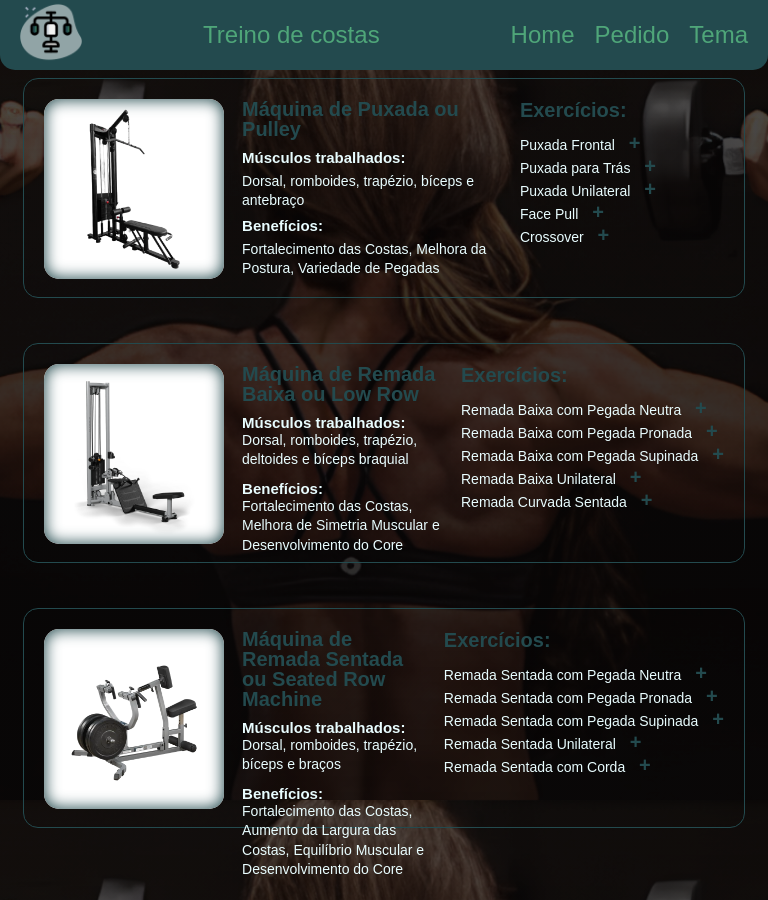
Repository: Marinalr-25/Projeto-Aparelhos-de-Academia
Page: costas.html
The author's editor kept a copy of each file at every save. The page is drawn from the files as they stood at one save, then again after the next save.
The browser window is 768 px wide. The pictures show the whole page.
Backgrounds fixed to the window are drawn as part of the page.

Above is the page before, as saved 2025-01-06 17:02:30.
Console error: TypeError: Cannot read properties of null (reading 'addEventListener')

After the next save:
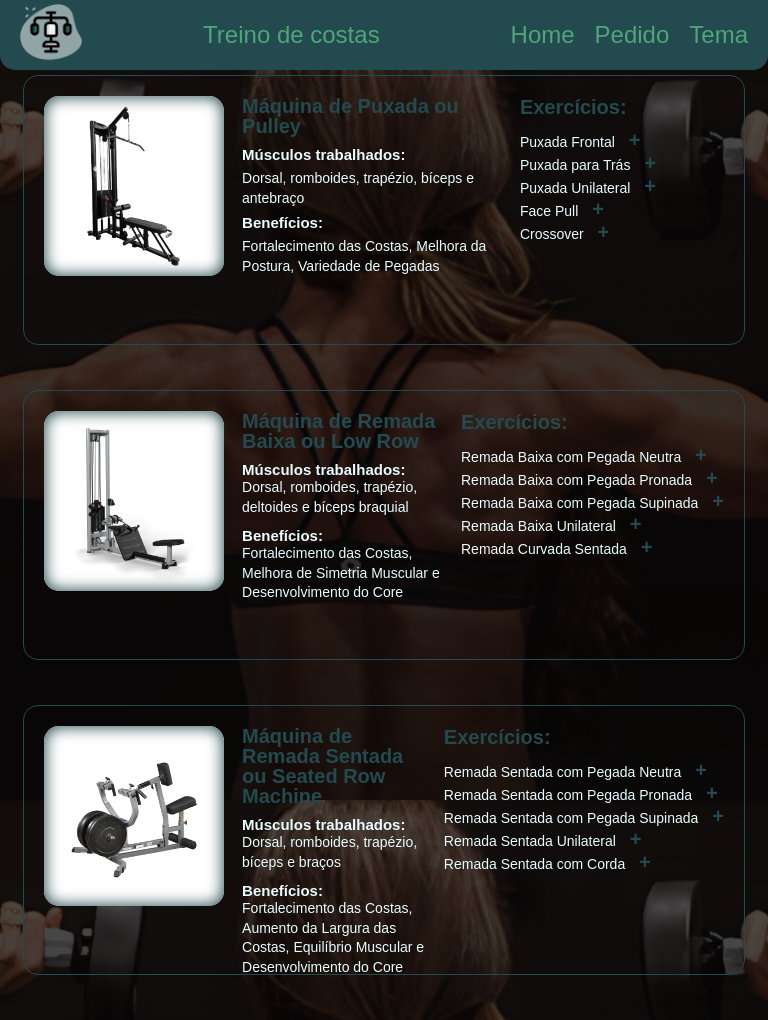
Saved 32 s later.
--- a/css/media-990.css
+++ b/css/media-990.css
@@ -6,7 +6,7 @@
       & .container {
         & .maquinas {
           width: 94vw;
-          height: 22rem;
+          height: 27rem;
           gap: 1.8rem;
 
           & .img-maquinas {
